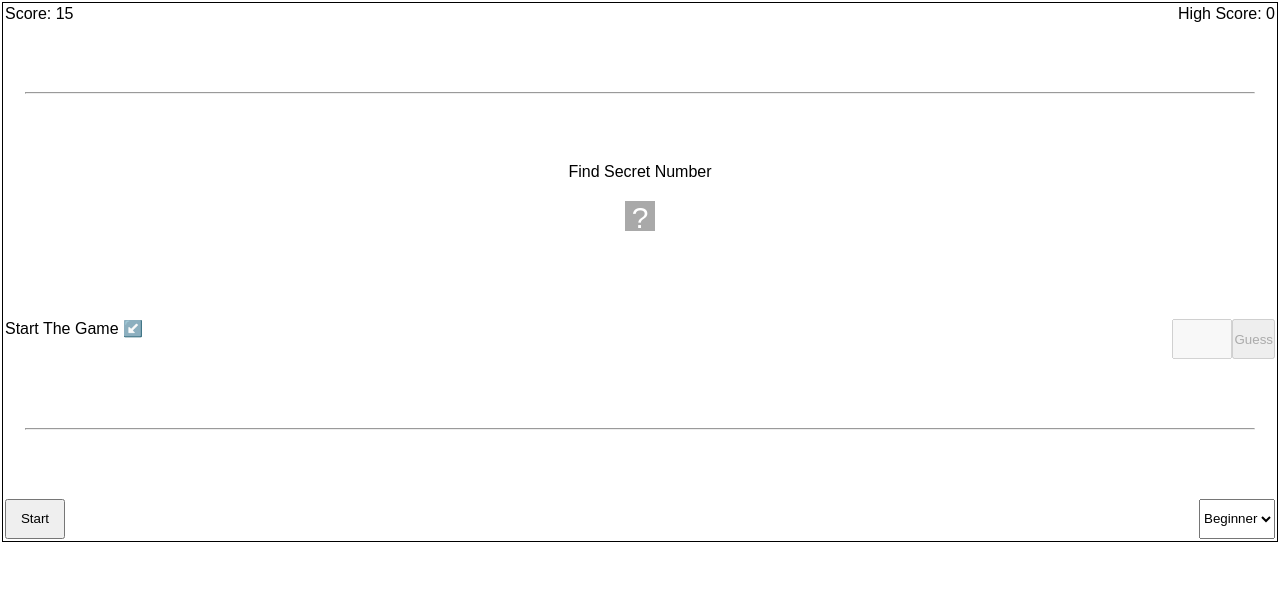
Repository: baziz22/Vanilla_JS_Projects
Page: secret_number/index.html
The author's editor kept a copy of each file at every save. The page is drawn from the files as they stood at one save, then again after the next save.
The browser window is 1280 px wide. The pictures show the whole page.

Above is the page before, as saved 2022-02-19 23:59:17.

### secret_number/index.html
<!DOCTYPE html>
<html lang="en">
  <head>
    <meta charset="UTF-8" />
    <meta http-equiv="X-UA-Compatible" content="IE=edge" />
    <meta name="viewport" content="width=device-width, initial-scale=1.0" />
    <link rel="stylesheet" href="style.css" />
    <title>Guess a Number</title>
  </head>
  <body>
    <div id="scene">
      <div id="scene-header">
        <div>Score: <span id="score">15</span></div>
        <div>High Score: <span id="high-score">0</span></div>
      </div>
      <hr />
      <div id="scene-messages">
        <div id="game-title">Find Secret Number</div>
        <div id="rules">
          Secret number is between <span id="between"></span>
        </div>
        <div id="secret-number"><span id="the-secret">?</span></div>
      </div>
      <div id="scene-body">
        <div id="message">Start The Game ↙️</div>
        <input id="guess-box" type="number" min="1" max="" />
        <button id="guess-btn">Guess</button>
      </div>
      <hr />
      <div id="scene-footer">
        <button id="start-btn">Start</button>
        <select id="level" title="levels">
          <option value="beginner">Beginner</option>
          <option value="medium">Medium</option>
          <option value="hard">Hard</option>
        </select>
      </div>
    </div>
    <script src="secret_number.js"></script>
  </body>
</html>

### secret_number/style.css
* {
  padding: 0;
  margin: 0;
  box-sizing: border-box;
}
body {
  font-family: 'invasion2000', sans-serif;
}
#scene {
  min-width: 50vh;
  min-height: 75vh;
  padding: 2px;
  margin: 2px;
  border: 1px solid black;
  display: flex;
  flex-direction: column;
  justify-content: space-between;
}
#scene-header {
  display: flex;
  justify-content: space-between;
}
#scene-messages {
  display: flex;
  flex-direction: column;
  justify-items: center;
  text-align: center;
  align-items: center;
}

#scene-body {
  display: flex;
  justify-content: space-between;
}
#scene-footer {
  display: flex;
  justify-content: space-between;
}

#secret-number {
  width: 30px;
  height: 30px;
  margin: 20px;
  background-color: darkgray;
  font-size: 30px;
  color: #fff;
}
#message {
  flex-grow: 3;
}
#guess-box,
#start-btn {
  width: 60px;
  height: 40px;
}

hr {
  margin: 0 20px;
}

### secret_number/secret_number.js
'use strict';
let secretNumber;
let score = 15;
let high_score = 0;
let start_btn = document.getElementById('start-btn');
let secretNumberBox = document.getElementById('the-secret');
let level = document.getElementById('level');
let guess_btn = document.getElementById('guess-btn');
let rules = document.getElementById('rules');
let userInput = document.getElementById('guess-box');
let guess = userInput.value;
const displayMessage = message => {
  document.getElementById('message').textContent = message;
};

function startGame() {
  rules.style.display = 'none';
  guess_btn.disabled = true;
  userInput.disabled = true;
  start_btn.addEventListener('click', () => {
    start_btn.disabled = true;
    guess_btn.disabled = false;
    userInput.disabled = false;
    console.log(level.value);
    if (level.value === 'beginner') {
      secretNumber = Math.ceil(Math.random() * 10);
      rule('1 - 10', 10);
    } else if (level.value === 'medium') {
      secretNumber = Math.ceil(Math.random() * 50);
      rule('1 - 50', 50);
    } else {
      secretNumber = Math.ceil(Math.random() * 100);
      rule('1 - 100', 100);
    }
    console.log(secretNumber);
    displayMessage('Start Guessing!!!');
    level.disabled = true;
  });
}
function validateBox() {
  if (level.value === 'beginner') {
    if (userInput.value > 10 || userInput.value < 1) {
      displayMessage('Please See Beginner Rules ');
    } else {
      wrongAnswer();
    }
  }
  if (level.value === 'medium') {
    if (userInput.value > 50 || userInput.value < 1) {
      displayMessage('Please See Beginner Rules ');
    } else {
      wrongAnswer();
    }
  }
  if (level.value === 'hard') {
    if (userInput.value > 100 || userInput.value < 1) {
      displayMessage('Please See Beginner Rules ');
    } else {
      wrongAnswer();
    }
  }
}

const rule = (between, attrValue) => {
  rules.style.display = 'block';
  document.getElementById('between').textContent = between;
  document.getElementById('guess-box').setAttribute('max', attrValue);
};

guess_btn.addEventListener('click', gameProcessing);
function gameProcessing() {
  console.log(Number(userInput.value), typeof userInput.value);
  if (guess == secretNumber) {
    displayMessage('You made it!');
    if (high_score > score) {
    }
    console.log('h-s: ' + high_score);
    return endGame();
  }
  validateBox();
}
function wrongAnswer() {
  score--;
  document.getElementById('score').textContent = score;
  console.log(score);
  if (guess > secretNumber) {
    displayMessage('too high');
    if (score === 0) {
      displayMessage('You Lost!');
      endGame();
    }
  } else if (guess < secretNumber) {
    displayMessage('too low');
    if (score === 0) {
      displayMessage('You Lost!');
      endGame();
    }
  }
}
function endGame() {
  start_btn.disabled = false;
  guess_btn.disabled = true;
  guess = null;
  userInput.disabled = true;
  level.disabled = false;
  secretNumberBox.textContent = secretNumber;
}

startGame();

// TODO

After the next save:
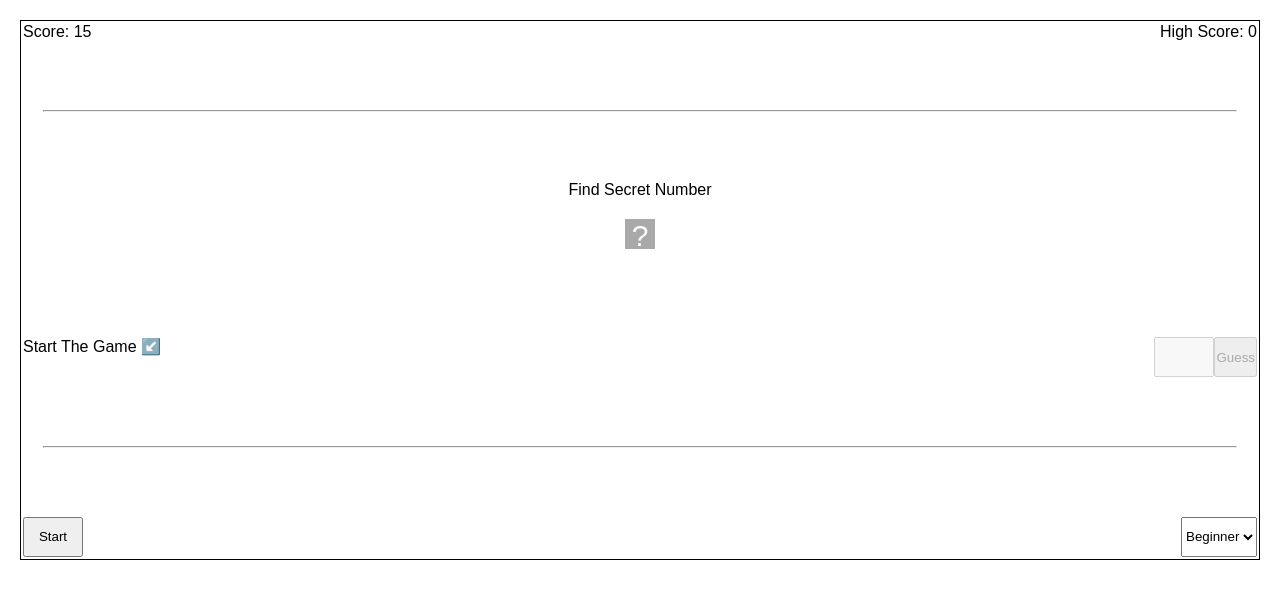
Saved 53 s later.
--- a/secret_number/style.css
+++ b/secret_number/style.css
@@ -10,7 +10,7 @@ body {
   min-width: 50vh;
   min-height: 75vh;
   padding: 2px;
-  margin: 2px;
+  margin: 20px;
   border: 1px solid black;
   display: flex;
   flex-direction: column;
